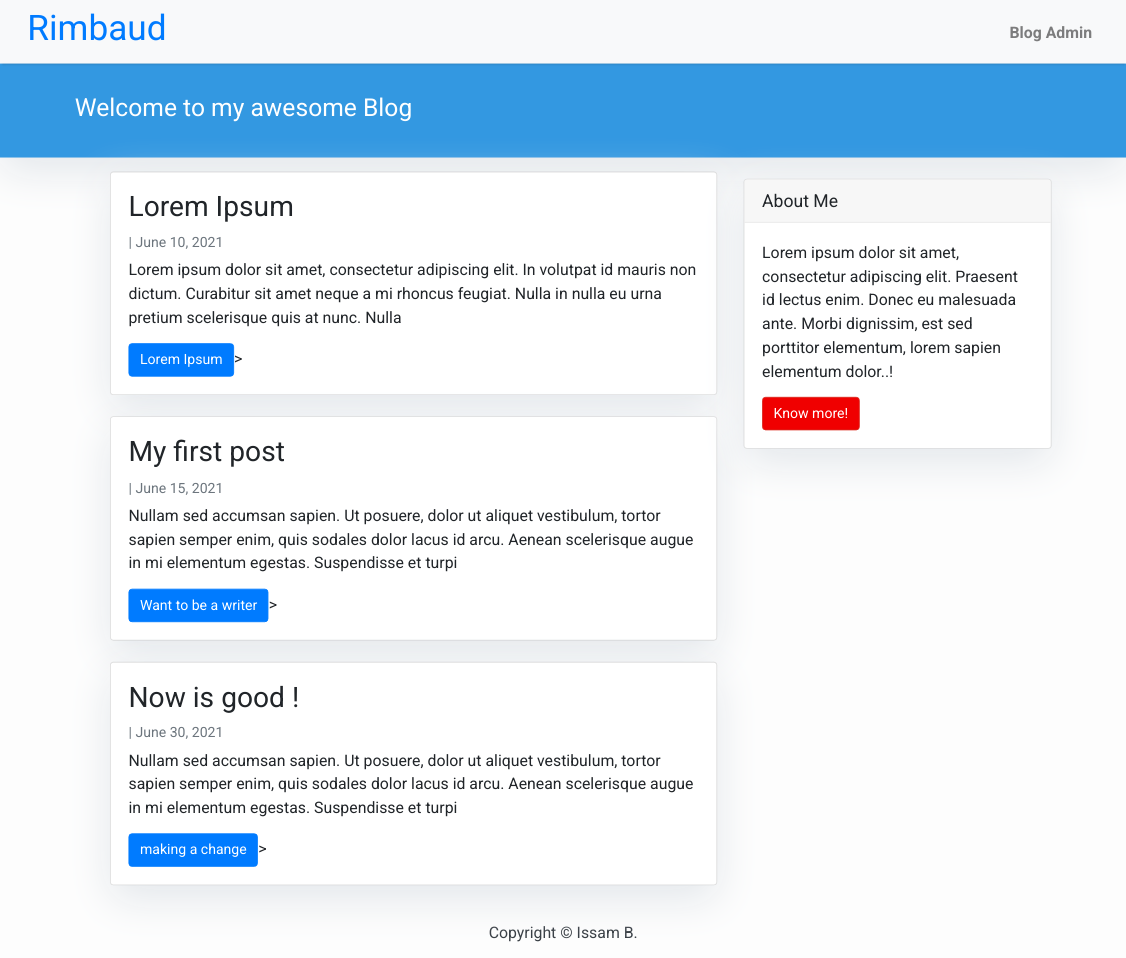
Repository: IssamBouzidi/rimbaud
Page: http://localhost/
An editor plug-in stored every save of this project. The page is shown before and after the next save, followed by the edit.
The browser window is 1280 px wide. The pictures show the whole page, at 88% of full size.
The page is served by the project's application, run on Django 3.2 (manage.py). The page reads the database file committed with the project.

Above is the page before, as saved 2021-06-04 01:03:26.

After the next save:
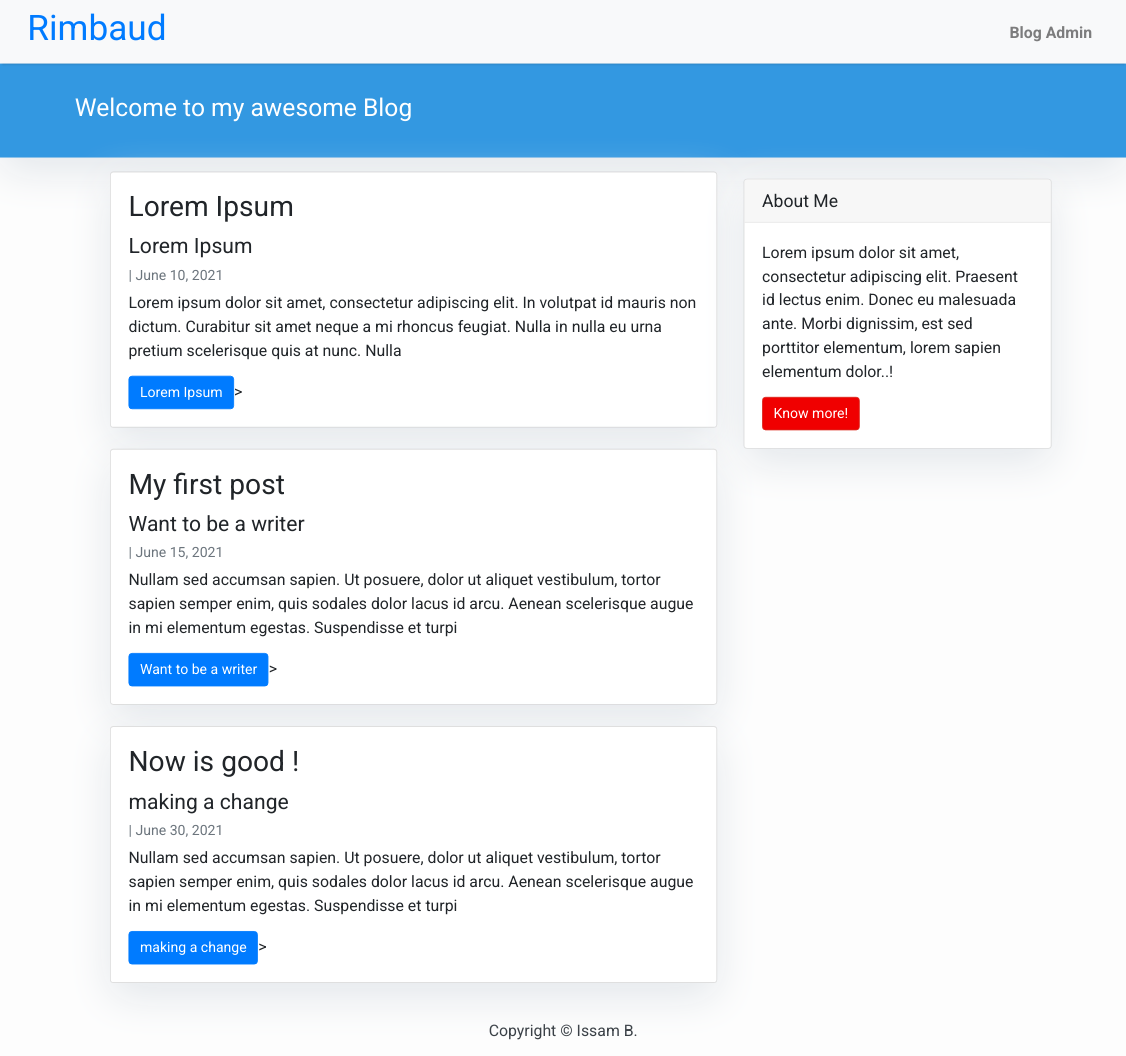
Saved 28 s later.
--- a/blog/templates/detail_article.html
+++ b/blog/templates/detail_article.html
@@ -3,6 +3,7 @@
     <div class="card mb-4">
         <div class="card-body">
             <h2 class="card-title">{{ article.title }}</h2>
+            <h4>{{ article.description }}</h4>
             <p class="card-text text-muted h6">{{ article.author }} | {{ article.visibility_date_limit}} </p>
             <p class="card-text">{{article.article|slice:":200" }}</p>
             <a href="/article/{{ article.id }}" class="btn btn-primary">{{ article.description }}</a>>
